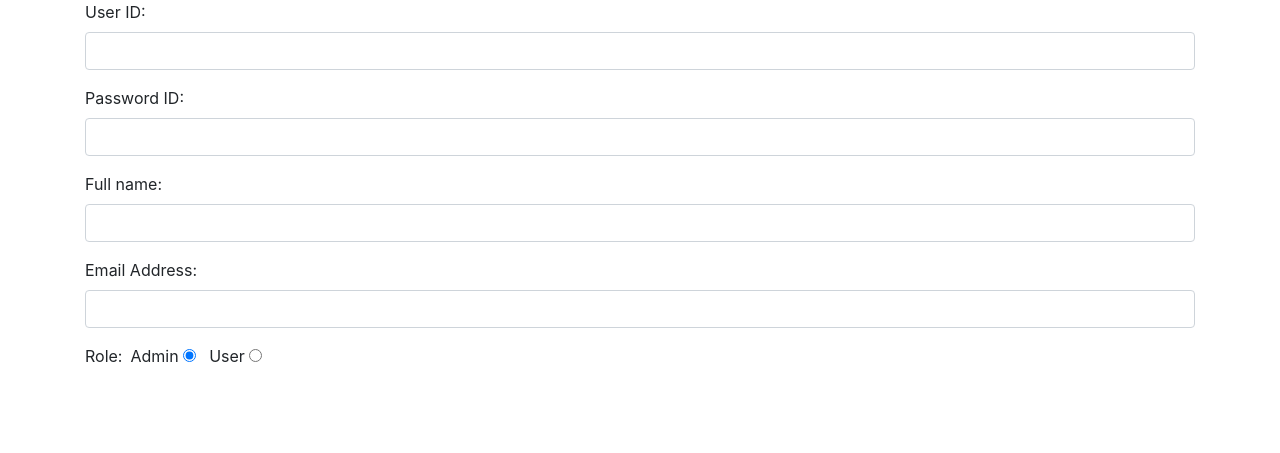
Repository: Hai-Nguyen-21/CRUD_Hibernate
Page: http://localhost/CRUD_Hibernate/user.jsp
The author's editor kept a copy of each file at every save. The page is drawn from the files as they stood at one save, then again after the next save.
The browser window is 1280 px wide. The pictures show the whole page.
The page is served by Tomcat 9.

Above is the page before, as saved 2021-09-04 16:50:44.

After the next save:
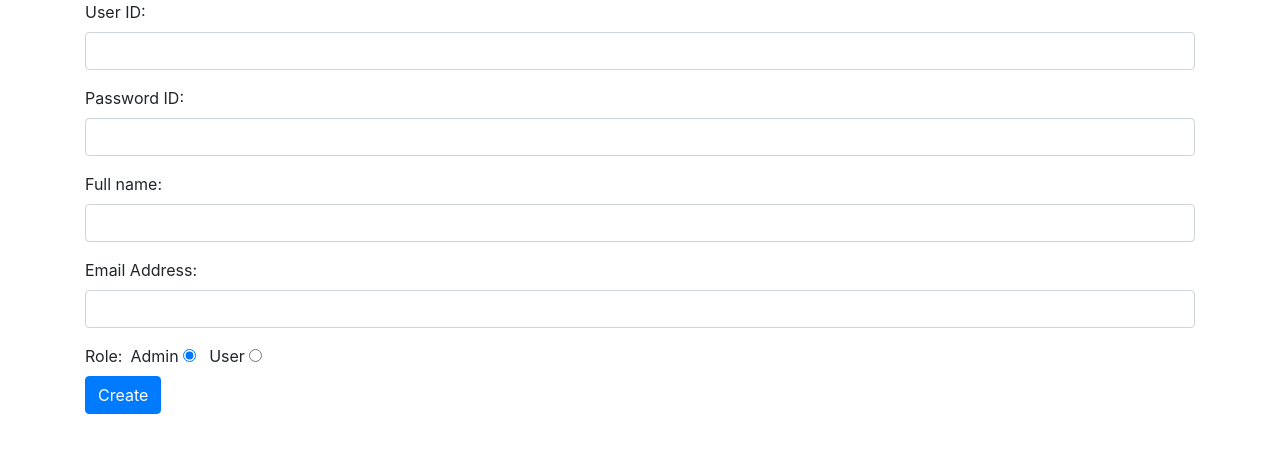
Saved 2 min 31 s later.
--- a/CRUD_Hibernate/src/main/webapp/user.jsp
+++ b/CRUD_Hibernate/src/main/webapp/user.jsp
@@ -43,6 +43,9 @@
 						<label class = "ml-2" >Admin <input type = "radio" name = "admin" id = "admin" class = "form-check-input" checked/></label>
 						<label class = "ml-2" >User <input type = "radio" name = "user" id = "user" class = "form-check-input"/></label>
 					</div>
+					<div class = form-froup>
+						<button class = "btn btn-primary" formaction="/UserServlet/create">Create</button>
+					</div>
 				</form>
 			</div>
 		</div>
